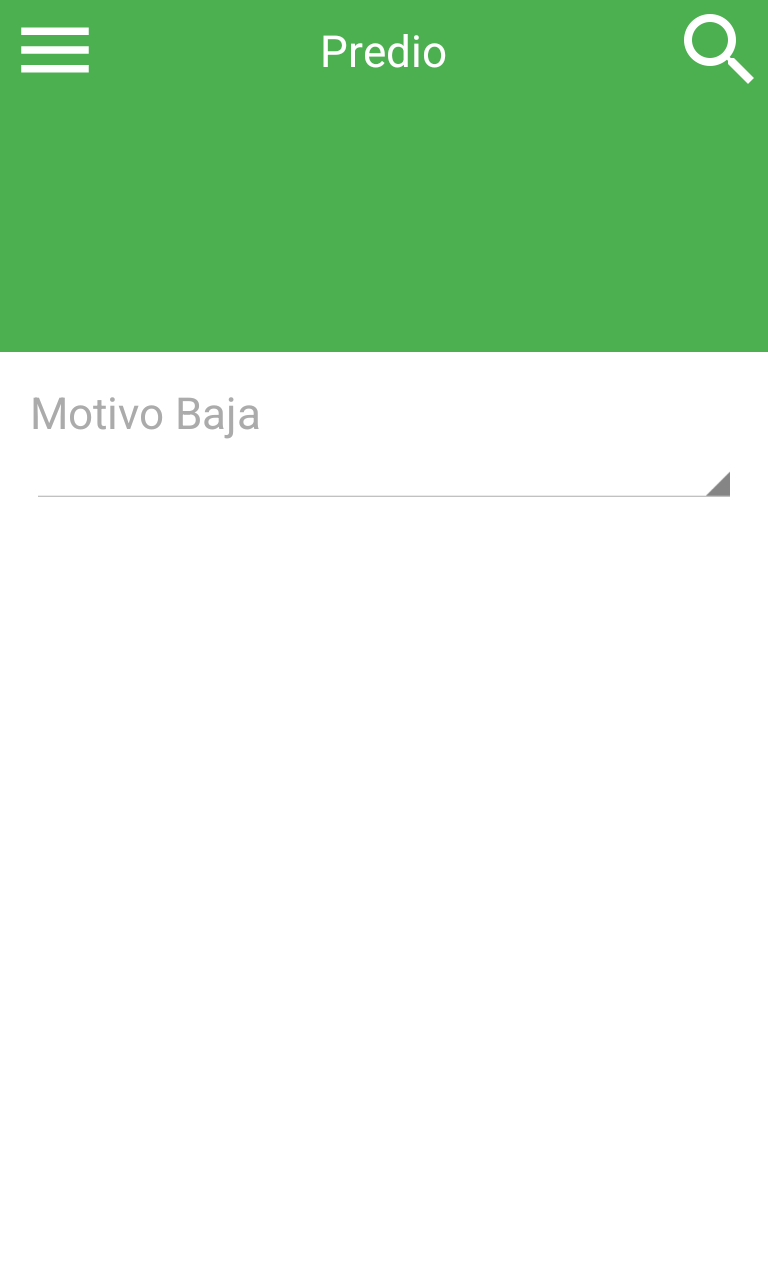
Repository: danielctf/Chilterra
Layout: Proyectos/Animales/res/layout/activity_baja_ganado.xml
These files come from the project's save history. The layout is drawn as it stood at one moment and after the next save; the edit follows.
It is drawn on a 768 x 1280 px phone screen (xhdpi) without system bars, with theme AppTheme; the app's code is not run.

Above is the layout before, as saved 2015-10-09 16:11:02.

### Proyectos/Animales/res/layout/activity_baja_ganado.xml
<LinearLayout xmlns:android="http://schemas.android.com/apk/res/android"
    xmlns:tools="http://schemas.android.com/tools"
    android:id="@+id/LinearLayout1"
    android:layout_width="match_parent"
    android:layout_height="match_parent"
    android:orientation="vertical"
    tools:context="cl.a2r.animales.BajaGanado" >

    <RelativeLayout
        android:layout_width="match_parent"
        android:layout_height="50dp"
        android:background="@color/green" >

        <ImageButton
            android:id="@+id/menu"
            android:layout_width="wrap_content"
            android:layout_height="wrap_content"
            android:layout_alignParentLeft="true"
            android:layout_centerVertical="true"
            android:layout_marginLeft="5dp"
            android:background="@null"
            android:src="@drawable/ic_navigation_menu" />

        <TextView
            android:id="@+id/predio"
            android:layout_width="wrap_content"
            android:layout_height="wrap_content"
            android:layout_centerHorizontal="true"
            android:layout_centerVertical="true"
            android:text="Predio"
            android:textAppearance="?android:attr/textAppearanceLarge"
            android:textColor="@color/white" />

        <ImageView
            android:id="@+id/logs"
            android:layout_width="wrap_content"
            android:layout_height="wrap_content"
            android:layout_alignParentRight="true"
            android:layout_centerVertical="true"
            android:src="@drawable/ic_search_white_48dp" />
    </RelativeLayout>

    <RelativeLayout
        android:layout_width="match_parent"
        android:layout_height="wrap_content"
        android:background="@color/green"
        android:layout_weight="0.2" >

        <TextView
            android:id="@+id/despliegaDiio"
            android:layout_width="wrap_content"
            android:layout_height="wrap_content"
            android:layout_centerHorizontal="true"
            android:layout_centerVertical="true"
            android:text=""
            android:textAppearance="?android:attr/textAppearanceLarge" />

    </RelativeLayout>

    <RelativeLayout
        android:layout_width="match_parent"
        android:layout_height="wrap_content"
        android:layout_weight="0.8" >

        <TextView
            android:id="@+id/textView1"
            android:layout_width="wrap_content"
            android:layout_height="wrap_content"
            android:layout_alignParentLeft="true"
            android:layout_alignParentTop="true"
            android:layout_marginLeft="15dp"
            android:layout_marginTop="15dp"
            android:text="Motivo Baja"
            android:textColor="#ababab"
            android:textAppearance="?android:attr/textAppearanceLarge" />

        <Spinner
            android:id="@+id/motivoBaja"
            android:layout_width="match_parent"
            android:layout_height="wrap_content"
            android:layout_alignLeft="@+id/textView1"
            android:layout_marginRight="15dp"
            android:layout_below="@+id/textView1" />

    </RelativeLayout>

</LinearLayout>

### Proyectos/Animales/res/values/colors.xml
<?xml version="1.0" encoding="utf-8"?>
<resources>
    <color name="red">#ffff0000</color>
    <color name="darkred">#b22222</color>
    <color name="white">#ffffff</color>
    <color name="gris">#cccccc</color>
    <color name="green">#4caf50</color>
</resources>

### Proyectos/Animales/res/drawable/shape_drop_down_normal.xml
<?xml version="1.0" encoding="utf-8"?>
<layer-list xmlns:android="http://schemas.android.com/apk/res/android" >
<item>
    <shape>
        <solid android:color="@android:color/transparent" />

        <stroke
            android:width="1dp"
            android:color="#6f94c7" />

        <padding
            android:bottom="10dp"
            android:left="2dp"
            android:right="10dp"
            android:top="10dp" />
    </shape>
</item>
<item>
    <bitmap
        android:gravity="end"
        android:src="@drawable/sm_tooltip_arrow" />
</item>
</layer-list>

Loaded but not shown: Proyectos/Animales/res/values/styles.xml (common file); Proyectos/Animales/res/values-v11/styles.xml (common file); Proyectos/Animales/res/values-v14/styles.xml (common file)

After the next save:
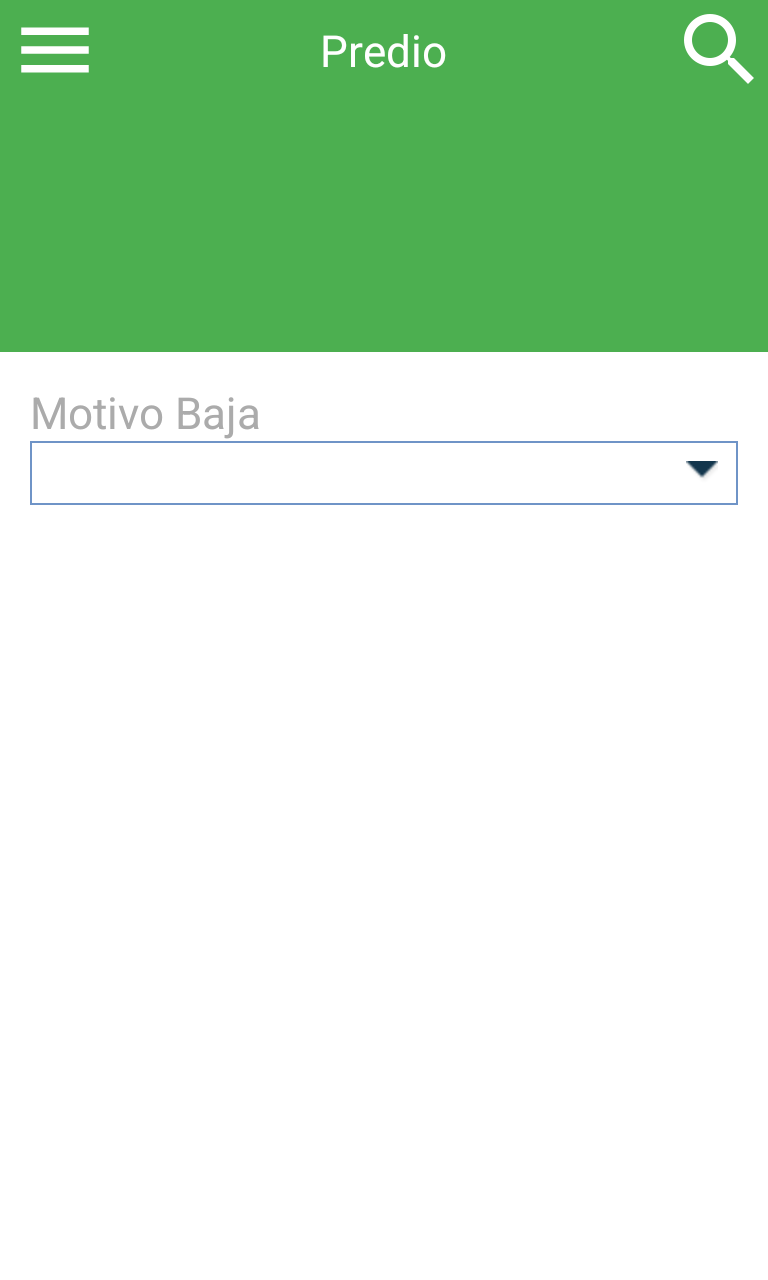
Saved 10 s later.
--- a/Proyectos/Animales/res/layout/activity_baja_ganado.xml
+++ b/Proyectos/Animales/res/layout/activity_baja_ganado.xml
@@ -80,6 +80,7 @@
             android:layout_height="wrap_content"
             android:layout_alignLeft="@+id/textView1"
             android:layout_marginRight="15dp"
+            android:background="@drawable/shape_drop_down_normal"
             android:layout_below="@+id/textView1" />
 
     </RelativeLayout>
